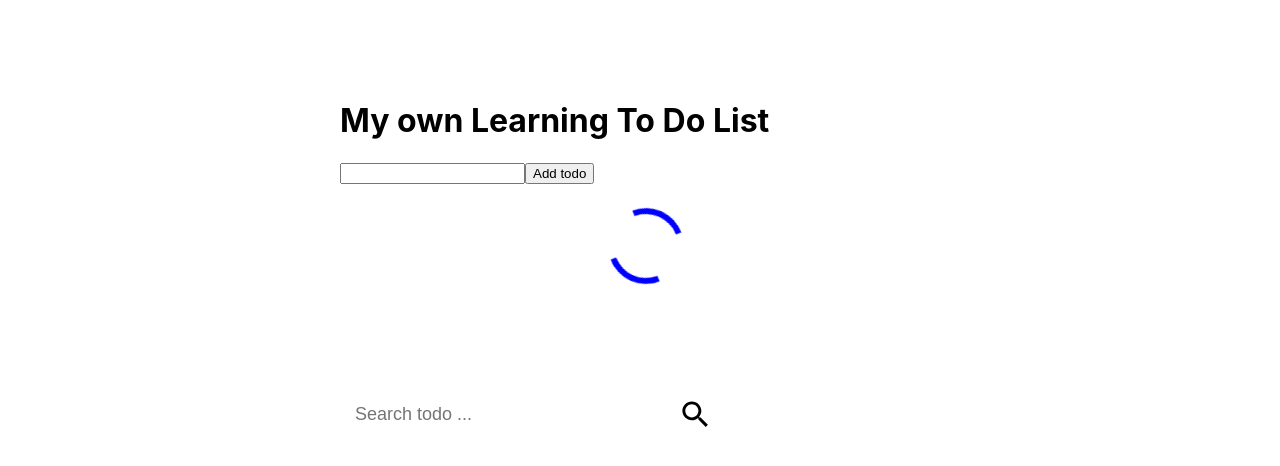
Repository: ArusyakAghajanyan/To-Do
Page: /
An editor plug-in stored every save of this project. The page is shown before and after the next save, followed by the edit.
The browser window is 1280 px wide. The pictures show the whole page.
The page's requests for data from a server got no answer. The project was rebuilt for these pictures with package versions that can differ from the ones it lists, and the page was loaded fresh each time. No one was signed in, and anything a server would have sent is missing. Also part of the build but not shown: src/Todo/TodoItem.js, src/Todo/TodoList.js.

Above is the page before, as saved 2022-03-10 23:51:16.

### src/index.css
body {
  margin: 0;
  font-family: -apple-system, BlinkMacSystemFont, 'Segoe UI', 'Roboto', 'Oxygen',
    'Ubuntu', 'Cantarell', 'Fira Sans', 'Droid Sans', 'Helvetica Neue',
    sans-serif;
  -webkit-font-smoothing: antialiased;
  -moz-osx-font-smoothing: grayscale;
}

code {
  font-family: source-code-pro, Menlo, Monaco, Consolas, 'Courier New',
    monospace;
}
.wrapper {
  padding-top: 5rem;
  margin: 0 auto;
  width: 600px;
}
.rm {
  background: red;
  border-radius: 50%;
  color:#fff;
  border: none;
}

.done {
  text-decoration: line-through;
}

.lds-dual-ring {
  display: inline-block;
  width: 80px;
  height: 80px;
}

.lds-dual-ring:after {
  content: " ";
  display: block;
  width: 64px;
  height: 64px;
  margin: 8px;
  border-radius: 50%;
  border: 6px solid blue;
  border-color: blue transparent blue transparent;
  animation: lds-dual-ring 1.2s linear infinite;
}
@keyframes lds-dual-ring {
  0% {
    transform: rotate(0deg);
  }
  100% {
    transform: rotate(360deg);
  }
}

### src/App.js
import React, { useEffect } from 'react'
import TodoList from './Todo/TodoList'
import Context from './context'
import Loader from './Loader'
import SearchBar from './Search/SearchBar'

const AddTodo = React.lazy(
  () =>
  new Promise(resolve => {
    setTimeout(() => {
      resolve(import('./Todo/AddTodo'))
    }, 3000)
  })
  )

function App() {
  const [todos, setTodos] = React.useState([])
    // { id: 1, completed: false, title: 'Learn HTML, CSS'},
    // { id: 2, completed: true, title: 'Learn Js'},
    // { id: 3, completed: false, title: 'Learn React'},
    // { id: 4, completed: false, title: 'Learn Java'}
  const [loading, setLoading] = React.useState(true)


useEffect(() => {
  fetch('https://jsonplaceholder.typicode.com/todos?_limit=5')
    .then(response => response.json())
    .then(todos => {
      setTimeout(() => {
        setTodos(todos)
        setLoading(false)
      }, 2000)
    })
}, [])

  function toggleTodo(id){
    setTodos(
    todos.map(todo => {
    if (todo.id === id) {
      todo.completed = !todo.completed
    }
    return todo
    })
    )
  }

  function removeTodo(id){
   setTodos(todos.filter(todo => todo.id !== id))
  }

  function addTodo(title) {
    setTodos(todos.concat([{
      title,
      id: Date.now(),
      completed: false
    }]))
  }
  return (
    <Context.Provider value={{ removeTodo }}>
    <div className='wrapper'>
      <h1>My own Learning To Do List</h1>
      <React.Suspense fallback={<p>Loading...</p>}>
      <AddTodo onCreate={addTodo} />
      </React.Suspense>
      {loading && <Loader />}
      {todos.length ? (
      <TodoList todos={todos} onToggle={toggleTodo} />
      ) : loading ? null : (
        <p>No todos!</p>
       )}
         <div >
      <SearchBar placeholder="Search todo ..." data={todos} />
    </div>
    </div>
    </Context.Provider>

  )
}

export default App

// className="App"

### src/Loader.js
import React from 'react'

export default () => <div style={{display: 'flex', justifyContent: 'center', margin: '.5rem' }}>
    <div className="lds-dual-ring" /></div>

### src/Search/SearchBar.js
import React, { useState } from "react";
import "./SearchBar.css";
import SearchIcon from '@mui/icons-material/Search';
import CloseIcon from '@mui/icons-material/Close';

function SearchBar({ placeholder, data }) {
  const [filteredData, setFilteredData] = useState([]);
  const [wordEntered, setWordEntered] = useState("");

  const handleFilter = (event) => {
    const searchWord = event.target.value;
    setWordEntered(searchWord);
    const newFilter = data.filter((value) => {
      return value.title.toLowerCase().includes(searchWord.toLowerCase());
    });

    if (searchWord === "") {
      setFilteredData([]);
    } else {
      setFilteredData(newFilter);
    }
  };

  const clearInput = () => {
    setFilteredData([]);
    setWordEntered("");
  };

  return (
    <div className="search">
      <div className="searchInputs">
        <input
          type="text"
          placeholder={placeholder}
          value={wordEntered}
          onChange={handleFilter}
        />
        <div className="searchIcon">
          {filteredData.length === 0 ? (
            <SearchIcon />
          ) : (
            <CloseIcon id="clearBtn" onClick={clearInput} />
          )}
        </div>
      </div>
      {filteredData.length != 0 && (
        <div className="dataResult">
          {filteredData.slice(0, 15).map((value, key) => {
            return (
              <a className="dataItem" href={value.link} target="_blank">
                <p>{value.title} </p>
              </a>
            );
          })}
        </div>
      )}
    </div>
  );

}

export default SearchBar;

### src/Todo/AddTodo.js
import React, { useState } from "react";
import PropTypes from "prop-types";

function useInputValue(defaultValue = " ") {
  const [value, setValue] = useState(defaultValue);
  return {
    bind: {
      value,
      onChange: (event) => setValue(event.target.value),
    },
    clear: () => setValue(""),
    value: () => value,
  };
}

function AddTodo({ onCreate }) {
  const input = useInputValue(" ");

  function submitHandler(event) {
    event.preventDefault();

    if (input.value().trim()) {
      onCreate(input.value());
      input.clear();
    }
  }

  return (
    <form style={{ marginBottom: "1rem" }} onSubmit={submitHandler}>
      <input {...input.bind} />
      <button type="submit">Add todo</button>
    </form>
  );
}

AddTodo.propTypes = {
  onCreate: PropTypes.func.isRequired,
};

export default AddTodo;

### src/Search/SearchBar.css
.searchInputs {
    margin-top: 105px;
    display: flex;
  }

  .search input {
    background-color: white;
    border: 0;
    border-radius: 2px;
    border-top-right-radius: 0px;
    border-bottom-right-radius: 0px;
    font-size: 18px;
    padding: 15px;
    height: 30px;
    width: 300px;
  }

  .searchIcon {
    height: 60px;
    width: 50px;
    background-color: white;
    display: grid;
    place-items: center;
  }

  input:focus {
    outline: none;
  }
  .searchIcon svg {
    font-size: 35px;
  }

  .dataResult {
    margin-top: 5px;
    width: 300px;
    height: 200px;
    background-color: white;
    box-shadow: rgba(0, 0, 0, 0.35) 0px 5px 15px;
    overflow: hidden;
    overflow-y: auto;
  }

  .dataResult::-webkit-scrollbar {
    display: none;
  }

  .dataResult .dataItem {
    width: 100%;
    height: 50px;
    display: flex;
    align-items: center;
    color: black;
  }

  .dataItem p {
    margin-left: 10px;
  }
  a {
    text-decoration: none;
  }

  a:hover {
    background-color: lightgrey;
  }

  #clearBtn {
    cursor: pointer;
  }

Loaded but not shown: public/index.html (common file); src/index.js (common file); src/reportWebVitals.js (common file); src/context.js (common file)

After the next save:
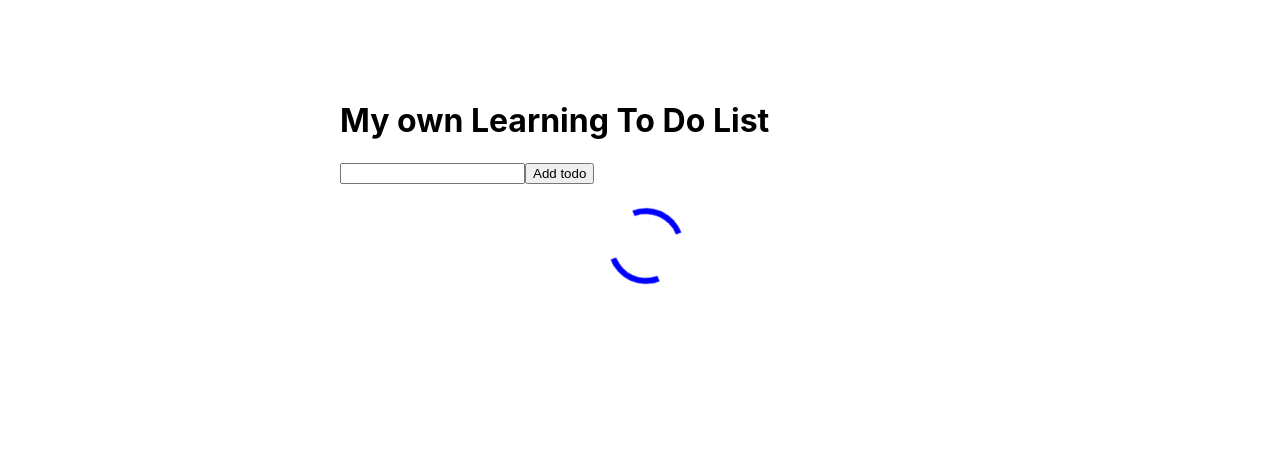
Saved 116 s later.
--- a/src/App.js
+++ b/src/App.js
@@ -68,9 +68,7 @@ useEffect(() => {
       ) : loading ? null : (
         <p>No todos!</p>
        )}
-         <div >
-      <SearchBar placeholder="Search todo ..." data={todos} />
-    </div>
+
     </div>
     </Context.Provider>
 
